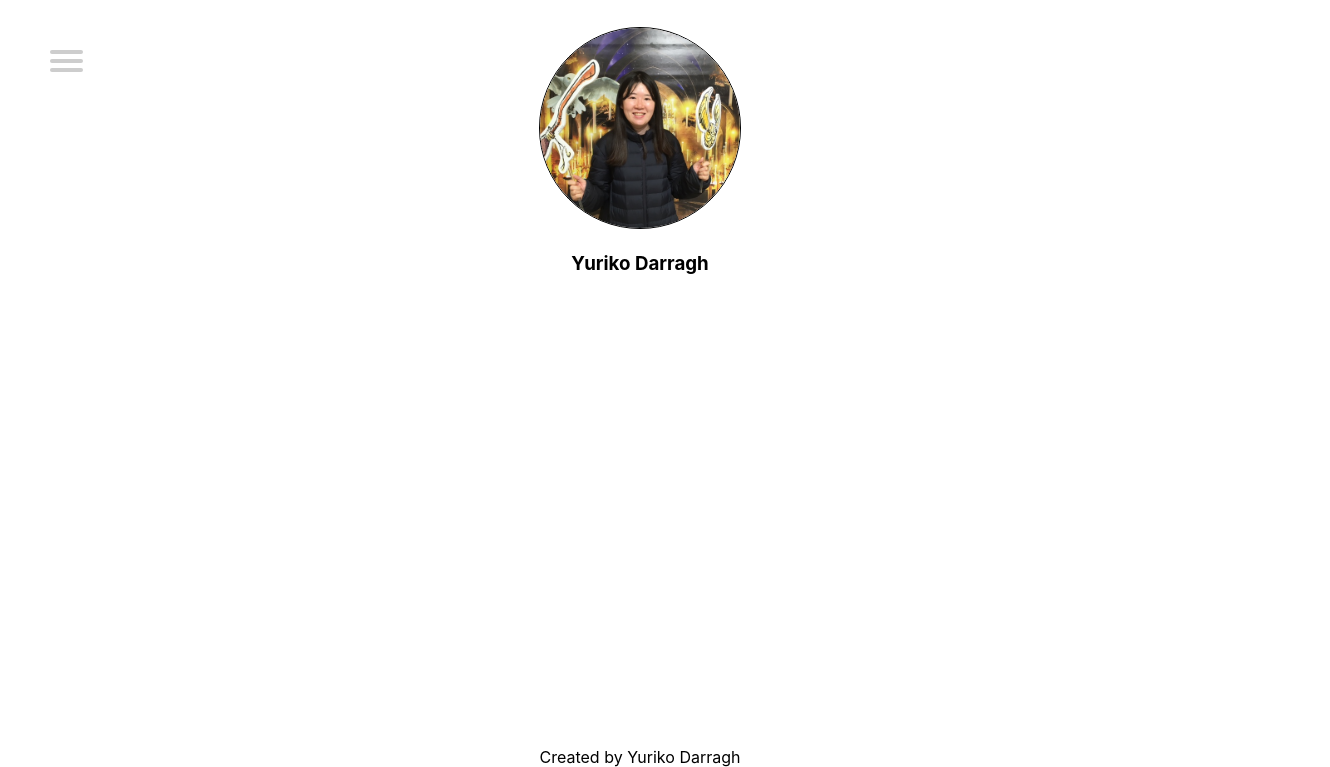
Repository: yuriko-pixel/react-portfolio
Page: /about
The author's editor kept a copy of each file at every save. The page is drawn from the files as they stood at one save, then again after the next save.
The browser window is 1280 px wide. The page is 1330 px wide, so the pictures cover 1330 px, including what lies to the right of the window. The pictures show the whole page.
The project was rebuilt for these pictures with package versions that can differ from the ones it lists, and the page was loaded fresh each time. Also part of the build but not shown: src/components/worktemp.js, src/styles/top.module.scss, src/components/top.js, src/styles/works.module.scss, src/components/works.js, src/components/home.js.

Above is the page before, as saved 2021-05-19 12:33:12.

After the next save:
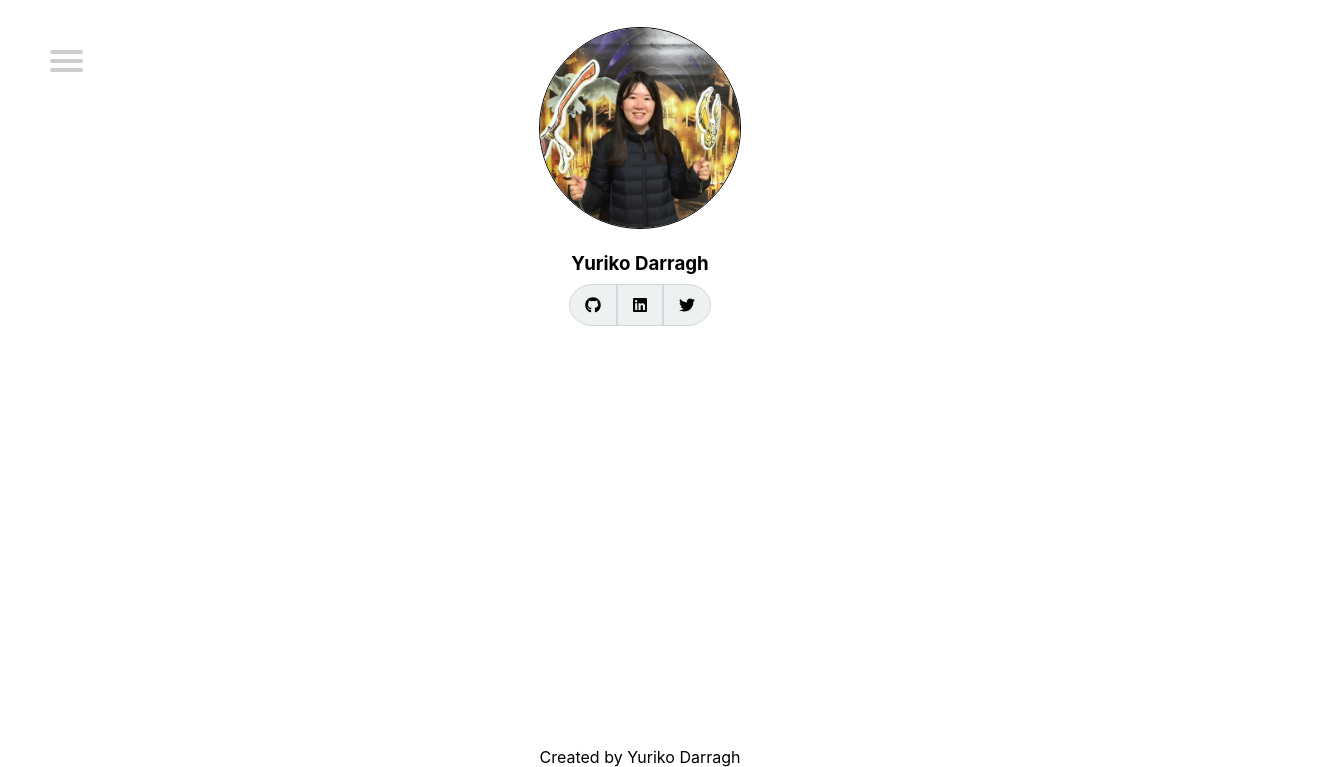
Saved 16 s later.
--- a/src/components/about.js
+++ b/src/components/about.js
@@ -2,12 +2,14 @@
 import Nav from './nav'
 import profs from '../styles/about.module.scss'
 import img from '../images/profile.JPG'
+import Link from './links'
 
 const About = () => {
     return (
         <div className={profs.container}>
             <img src={img} className={profs.profimg} />
             <h3>Yuriko Darragh</h3>
+            <Link />
         </div>
     )
 }
